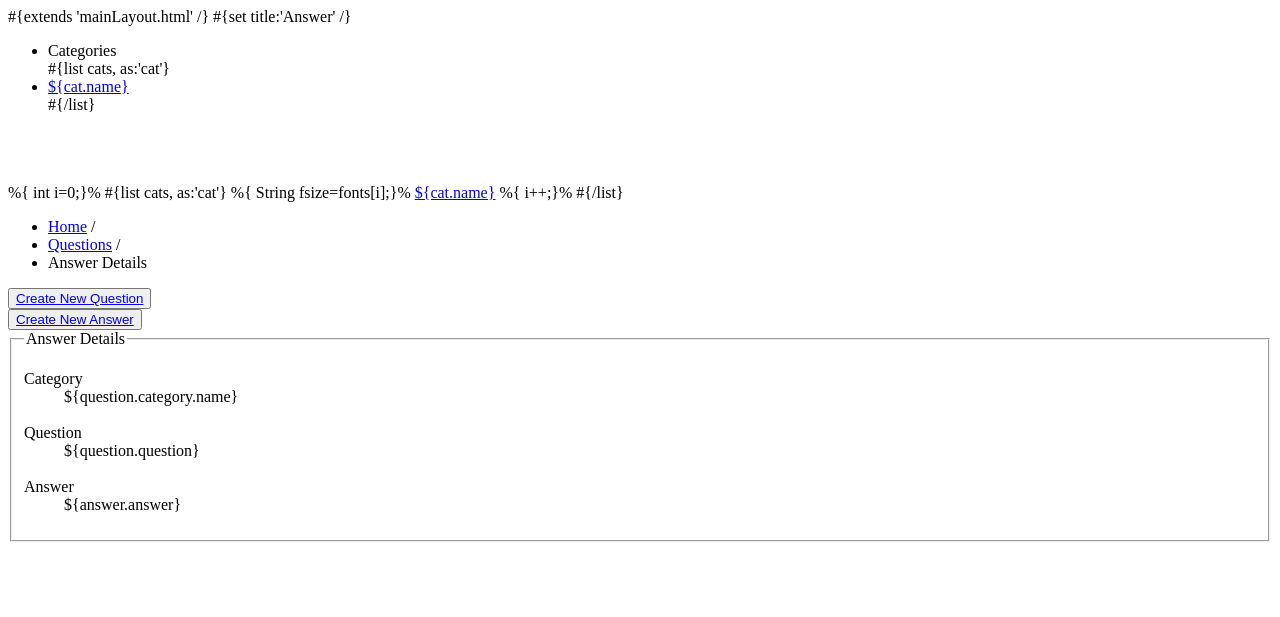
Repository: Maalejm/SEBA
Page: SlifeWebSite/app/views/Questions/viewAnswer.html
An editor plug-in stored every save of this project. The page is shown before and after the next save, followed by the edit.
The browser window is 1280 px wide. The pictures show the whole page.

Above is the page before, as saved 2013-07-10 03:19:34.

### SlifeWebSite/app/views/Questions/viewAnswer.html
#{extends 'mainLayout.html' /}
#{set title:'Answer' /}

 <div class="container-fluid">
            <div class="row-fluid">
                <div class="span2">

                    <ul class="nav nav-list">
                        <li class="nav-header">Categories</li>
                        #{list cats, as:'cat'}
                         <li
                         %{ if(cat.id==2) { }%
                          class="active"
                         %{ } }%
                         ><a class="catNav" href="/questions/${cat.id}">${cat.name}</a></li>
                        #{/list}

                    </ul>

                    <div>

                    <br/>
                    <br/>
                    <br/>

                    %{ int i=0;}%
                    #{list cats, as:'cat'}
                       %{ String fsize=fonts[i];}%
                       <span style="font-size:${fsize}px;"><a class="catNav" href="/questions/${cat.id}">${cat.name}</a></span>
                      %{ i++;}%
                    #{/list}

                    </div>
                    <!--Sidebar content-->
                </div>
                   <div class="span10">
                    <ul class="breadcrumb">
                        <li><a href="/">Home</a> <span class="divider">/</span></li>
                        <li><a href="/questions">Questions</a> <span class="divider">/</span></li>
                        <li class="active">Answer Details</li>
                    </ul>



                     <div class="btn-group">
                        <button class="btn"><a href="/questions/newQuestion">Create New Question</a></button>
                    </div>

                    <div class="btn-group">
                        <button class="btn"><a href="/questions/newAnswer">Create New Answer</a></button>
                    </div>


                     <fieldset>
                            <legend>Answer Details</legend>

                            <dl>
                               <dt>Category</dt>
 							   <dd>${question.category.name}</dd>
 							   <br>
  						 	   <dt>Question</dt>
 							   <dd>${question.question}</dd>
 							   <br>
 							   <dt>Answer</dt>
 							   <dd>${answer.answer}</dd>



							</dl>




                     </fieldset>




                    <!--Body content-->
                </div>
            </div>
        </div>

After the next save:
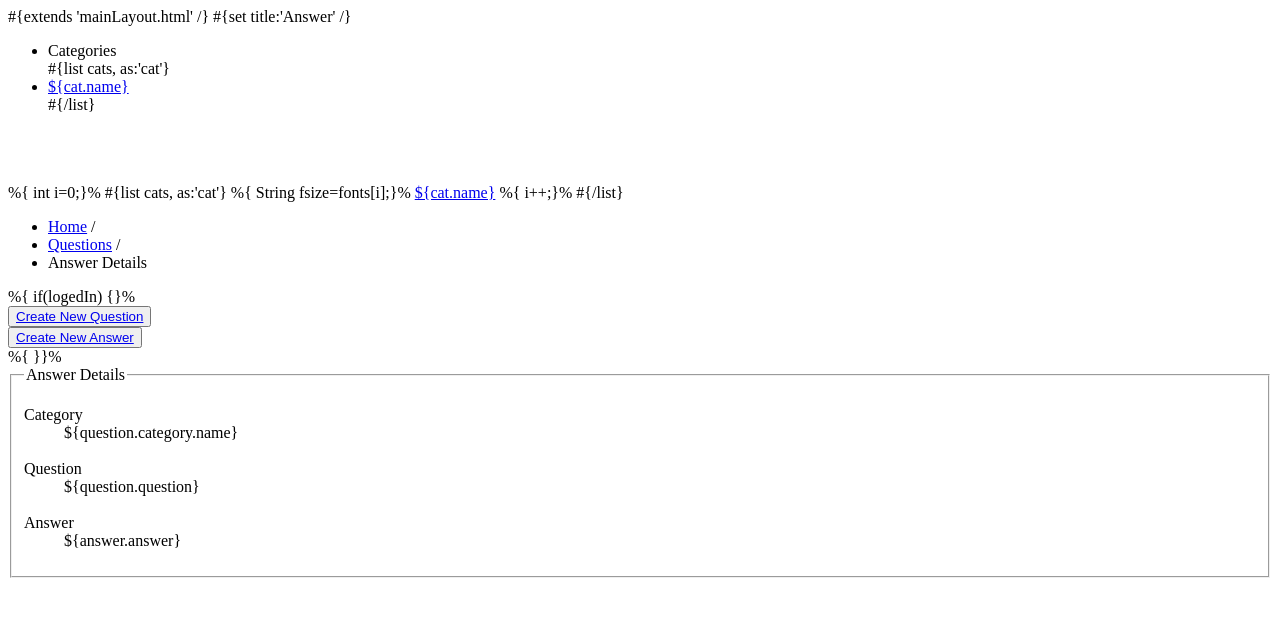
Saved 4 min 20 s later.
--- a/SlifeWebSite/app/views/Questions/viewAnswer.html
+++ b/SlifeWebSite/app/views/Questions/viewAnswer.html
@@ -41,7 +41,7 @@
                     </ul>
 
 
-
+                     %{ if(logedIn) {}%
                      <div class="btn-group">
                         <button class="btn"><a href="/questions/newQuestion">Create New Question</a></button>
                     </div>
@@ -49,7 +49,7 @@
                     <div class="btn-group">
                         <button class="btn"><a href="/questions/newAnswer">Create New Answer</a></button>
                     </div>
-
+                     %{ }}%
 
                      <fieldset>
                             <legend>Answer Details</legend>
